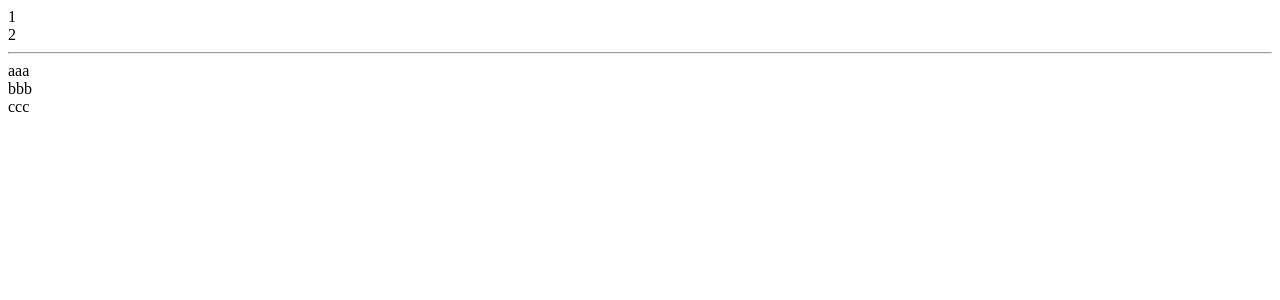
Repository: liujianbo2017/zuoye
Page: http://localhost/day39demo/demo03/01jstl.jsp
The author's editor kept a copy of each file at every save. The page is drawn from the files as they stood at one save, then again after the next save.
The browser window is 1280 px wide. The pictures show the whole page.
The page is served by Tomcat 9. Other server files are loaded and not shown.

Above is the page before, as saved 2017-10-09 08:13:20.

### day39demo/WebContent/demo03/01jstl.jsp
<%@page import="java.util.List"%>
<%@page import="java.util.ArrayList"%>
<%@ page language="java" contentType="text/html; charset=UTF-8"
    pageEncoding="UTF-8"%>
<%@ taglib uri="http://java.sun.com/jsp/jstl/core" prefix="c" %>
<html>
<head>
<meta http-equiv="Content-Type" content="text/html; charset=UTF-8">
<title>Insert title here</title>
</head>
<body>
	<%
		//for(int i=0;i<9;i++){}
		//for(Object v: Collection){}
	%>
	<%--
		计数型循环:
			var:指定循环 控制变量名
			begin:起始值
			eng:结束值(闭区间)
			step:步长(循环控制变量每次自增多少) 默认为1
			循环控制变量是自动保存到Page域的
	 --%>
	 <c:forEach var="i" begin="1" end="2" step="1">
	 	${i }<br/>
	 </c:forEach>
	 <%--
	 	增强型的for循环(遍历集合)
	 		var: 被遍历的集合中元素的变量名
	 		items: 被遍历的集合
	 		如果集合为空,则什么都不做
	  --%>
	  <%
	  	List<String> list = new ArrayList<String>();
	  	list.add("aaa");
	  	list.add("bbb");
	  	list.add("ccc");

	  	//pageContext.setAttribute("aaa",list);
	  %>
	  <c:forEach var="s" items="${aaa }">
	  		${s }<br/>
	  </c:forEach>
	  <hr/>

	  <%--也可以在items属性中传入一个局部集合对象(不在域中的)(了解) --%>
	  <c:forEach var="s" items="<%= list %>">
	  		${s }<br/>
	  </c:forEach>
</body>
</html>

After the next save:
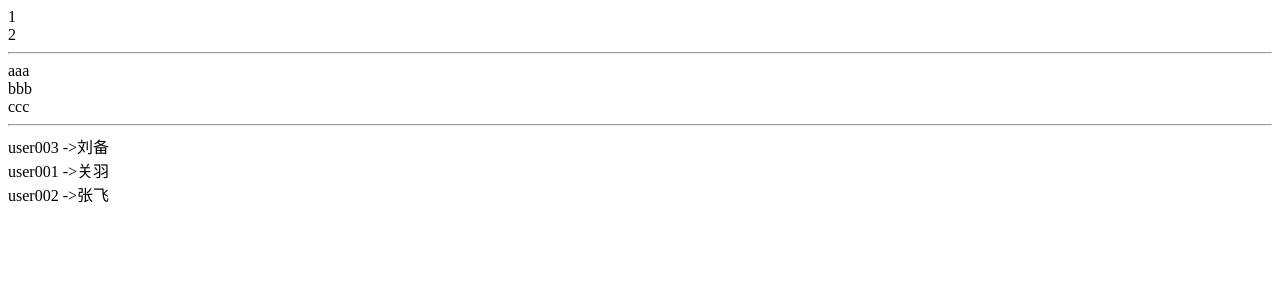
Saved 3 min 59 s later.
--- a/day39demo/WebContent/demo03/01jstl.jsp
+++ b/day39demo/WebContent/demo03/01jstl.jsp
@@ -1,3 +1,5 @@
+<%@page import="java.util.HashMap"%>
+<%@page import="java.util.Map"%>
 <%@page import="java.util.List"%>
 <%@page import="java.util.ArrayList"%>
 <%@ page language="java" contentType="text/html; charset=UTF-8"
@@ -47,5 +49,23 @@
 	  <c:forEach var="s" items="<%= list %>">
 	  		${s }<br/>
 	  </c:forEach>
+
+	  <%
+		Map<String,String> map = new HashMap<String,String>();
+
+		map.put("user001","关羽");
+		map.put("user002","张飞");
+		map.put("user003","刘备");
+
+		pageContext.setAttribute("map", map);
+	 %>
+	 <hr/>
+	 <%--如果遍历的是一个Map集合,则var指定的对象是一个键值对对象
+	 	所以想要得到键和值,则需要m.key/m.value,分别取得
+
+	  --%>
+	  <c:forEach var="m" items="${map }">
+	  		${m.key } ->${m.value }<br/>
+	  </c:forEach>
 </body>
 </html>
